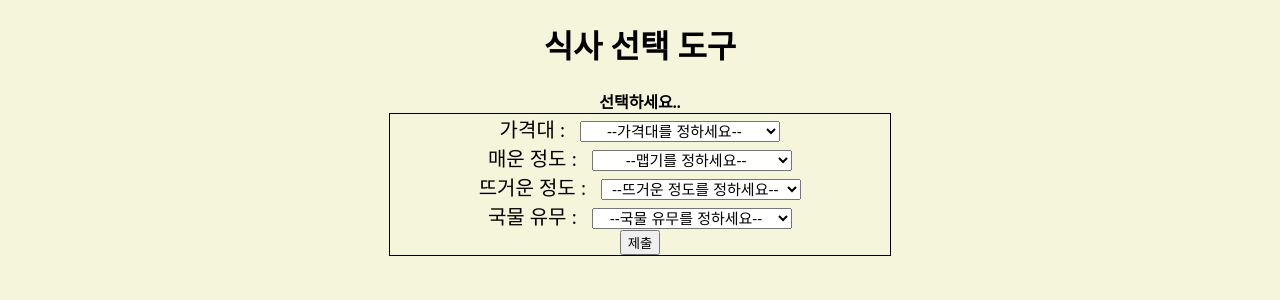
Repository: kimgh06/JavaWeb
Page: http://localhost/what/
An editor plug-in stored every save of this project. The page is shown before and after the next save, followed by the edit.
The browser window is 1280 px wide. The pictures show the whole page.
The page is served by Tomcat 9.

Above is the page before, as saved 2022-11-04 00:51:32.

After the next save:
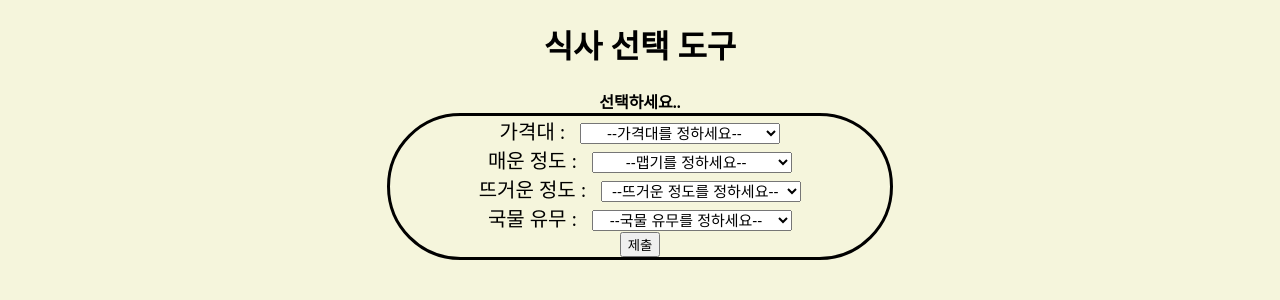
Saved 53 s later.
--- a/what/src/main/webapp/main.css
+++ b/what/src/main/webapp/main.css
@@ -12,7 +12,8 @@ body{
 #form{
 	width: 500px;
 	display: block;
-	border: 1px solid black;
+	border: 3px solid black;
+	border-radius: 300px;
 	margin:auto;
 }
 
